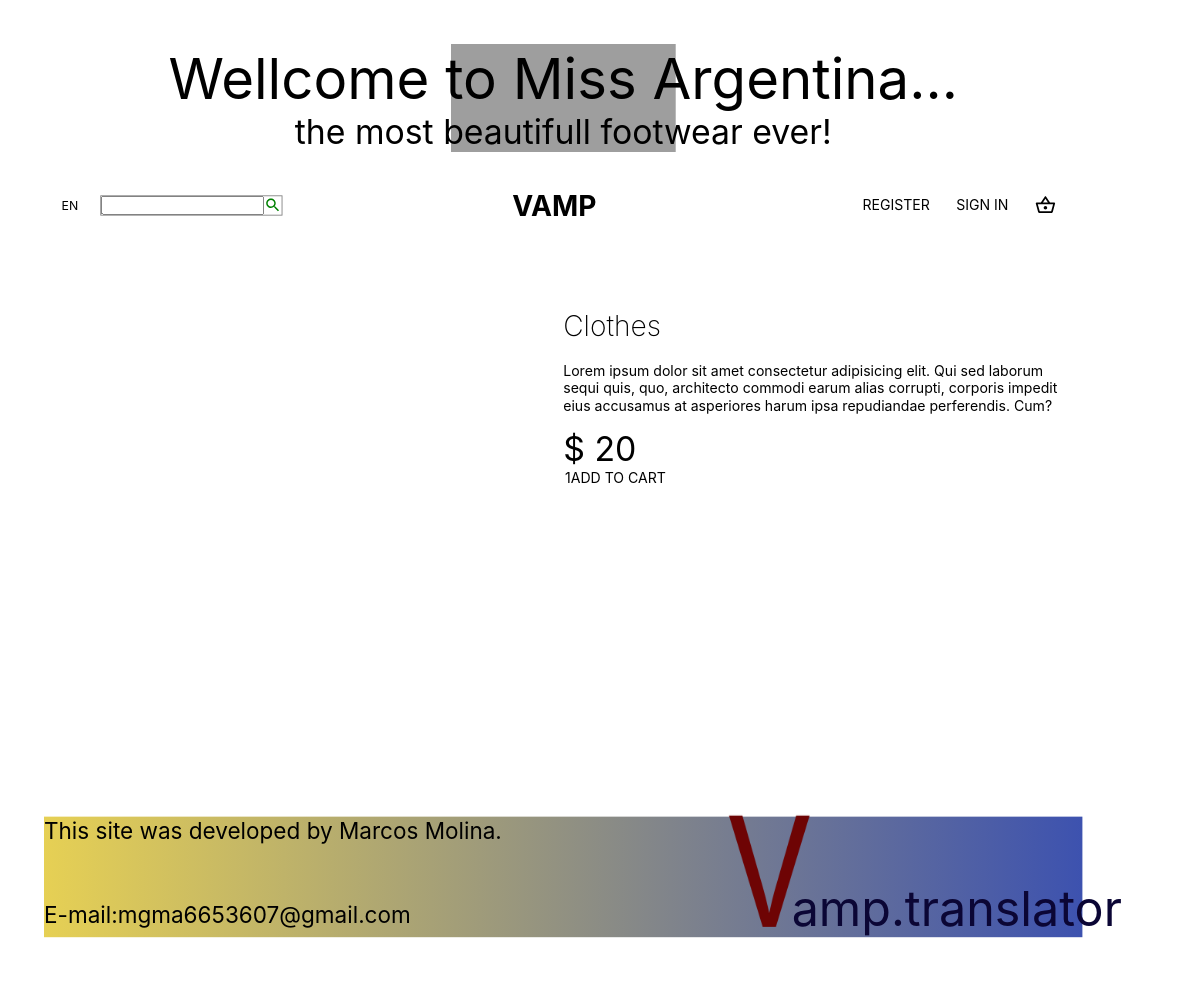
Repository: mgma2005/ecoeli
Page: /
The author's editor kept a copy of each file at every save. The page is drawn from the files as they stood at one save, then again after the next save.
The browser window is 1280 px wide. The page is 1280 px wide, then 1360 px, then 1280 px, so the pictures cover 1360 px, including what lies to the right of the window. The pictures show the whole page, at 88% of full size.
Pictures or frames that could not be fetched are drawn as grey boxes. The project was rebuilt for these pictures with package versions that can differ from the ones it lists, and the page was loaded fresh each time. Also part of the build but not shown: src/App.css.

Above is the page before, as saved 2022-05-14 17:25:21.

### src/App.js

import './App.css';
//import Home from './pages/Home';
import React from 'react';
//import ProductList from './pages/ProductList';
import Product from './pages/Product';


function App() {
  return <Product />
}

export default App;

### src/pages/Product.jsx
import { Add } from "@material-ui/icons";
import { Remove } from "@material-ui/icons";
import styled from "styled-components";
//import Product from '../pages/Product';
import Announcement from "../Components/Announcement";
import Navbar from '../pages/Navbar';
import Footer from '../Components/Footer';




const Container = styled.div`
  padding: 50px;

`;

const Wrapper = styled.div`
  display: flex;
`;

const ImgContainer = styled.div`
  flex: 1;
`;

const Image = styled.div`
  width: 100%;
  height: 90vh;
  object-fit: cover;
`;

const InfoContainer = styled.div`
  flex: 1;
  padding: 0px 50 px;
`;

const Title = styled.h1`
  font-weight: 200;
  margin-top: 20%;
`;

const Desc = styled.p``;

const Price = styled.span`
  font-size: 3vw;
`;

const AddContainer = styled.option`
  display: flex;
  align-items: center;
  width: 50%;
  justify-content: space-between;
`;
const AmountContainer = styled.div`
  display: flex;
  align-items: center;
  font-weight: 700;
`;
const Amount = styled.span``;

const Button = styled.button``;





const Product = ({ item }) => {
  return (
    <Container>
        <Announcement/>
        <Navbar/>
        <Wrapper>
        <ImgContainer>
        <Image src="https://www.tactimex.com/wp-content/uploads/2018/11/Googles1.jpg"/>
        </ImgContainer>
        <InfoContainer>
          <Title>Clothes</Title>
          <Desc>Lorem ipsum dolor sit amet consectetur adipisicing elit. Qui sed laborum sequi quis, quo, architecto commodi earum alias corrupti, corporis impedit eius accusamus at asperiores harum ipsa repudiandae perferendis. Cum? </Desc>
          <Price>$ 20</Price>
          <AddContainer>

            <AmountContainer>
              <Remove/>
              <Amount>1</Amount>
              <Add/>
            </AmountContainer>
            <Button>ADD TO CART</Button>
          </AddContainer>
        </InfoContainer>
      </Wrapper>
      <Footer />
    </Container>
  );
};

export default Product;

### src/Components/Announcement.jsx
import styled from "styled-components";
import React from "react";

const Text = styled.div`
  font-size: 5vw;
  text-align: center;
  background-image: url("https://img.freepik.com/foto-gratis/bandera-argentina-sobre-fondo-blanco_532129-292.jpg?w=900");
  background-size: 20vw;
  background-repeat: no-repeat;
  background-position: center;



`

const P = styled.div`
  font-size: 3vw;
`


const Announcement = () => {
  return (
    <Text>
          Wellcome to Miss Argentina...
        <P>
          the most beautifull footwear ever!
        </P>
    </Text>
  )
}

export default Announcement

### src/pages/Navbar.jsx
import React from 'react';
import styled from 'styled-components';
import { Search, ShoppingBasketOutlined } from "@material-ui/icons";
import { Badge } from '@material-ui/core';



const Container = styled.div`
height: 60px;

`

const Wrapper = styled.div`
padding: 10px 20px;
display: flex;
align-items: center;
justify-content: space-between;

`

const Left = styled.div`
flex: 1;
display: flex;
align-items: center;
`

const Language = styled.span`
    font-size: 14px;
    cursor: pointer;
`

const SearchContainer = styled.div`
    border: 1px solid gray;
    display: flex;
    align-items: center;
    margin-left: 25px;
`

const Input = styled.input`
    border= none;
`
const Logo = styled.h1`
    font-weight: bold;
`


const Center = styled.div`
flex: 1;
text-align: center;
`
const Right = styled.div`
flex: 1;
display: flex;
align-items: center;
justify-content: flex-end;
`

const MenuItem = styled.div`
    font-size= 14px;
    cursor: pointer;
`

function Navbar() {
    return (
        <Container>
            <Wrapper>
            <Left>
               <Language>EN</Language>
               <SearchContainer>
                   <Input/>
                   <Search style={{color:"green", fontSize: 20}}/>
               </SearchContainer>
            </Left>
            <Center><Logo>VAMP</Logo></Center>
            <Right style={{padding: 5, margin: 5}}>
                <MenuItem>REGISTER</MenuItem>
                <MenuItem style={{padding: 30}}>SIGN IN</MenuItem>
                <MenuItem>
                <Badge badgecontent={4} color="primary">
                    <ShoppingBasketOutlined/>
                </Badge>
                </MenuItem>

            </Right>
            </Wrapper>
        </Container>
    );
}

export default Navbar;

### src/Components/Footer.jsx
import React from 'react';
import '../style.css';

  function Footer() {
	return (
		<div className="row">
			<div className="cont2">
				<div className="thissite">This site was developed by Marcos Molina.</div>
				<div className="email">E-mail:mgma6653607@gmail.com</div>
				<div className="col-6">
					<div className="V">V</div>
					<div className="ampi">amp.translator</div>
				</div>
			</div>
		</div>
	);
}

export default Footer;

### src/style.css
.cont2{
    margin-top: 10%;
    margin-bottom: auto;
    width: 100%;
    height: auto;
    background: linear-gradient(to right, rgb(230, 208, 84),rgb(61, 82, 175));

}

.thissite{
    font-size: 2vw;
    width: 70vw;

    margin-top: -6%;

}

.email{
    font-size: 2vw;
    align-content: center;
    margin-top: 5.5%;

}

.V{

        color: rgb(110, 4, 4);
        font-family: Courier;
        font-size: 15vw;
        margin-left: 64%;
        margin-top: -13.7%;



        animation-name: vamp;
        animation-timing-function: linear;
        animation-duration: 4s;
        -webkit-transform-origin-x: 5vw;
        animation-iteration-count: infinite;
    }
    @keyframes vamp{
        from{transform: rotateY(0deg);}
        to{transform: rotateY(360deg);}
    }


.ampi{
    font-size: 4.3vw;
    margin-left: 72%;
    margin-top: -9.5%;
    color: rgb(11, 6, 53);



}

Loaded but not shown: public/index.html (common file); src/index.js (common file); src/index.css (common file); src/reportWebVitals.js (common file)

After the next save:
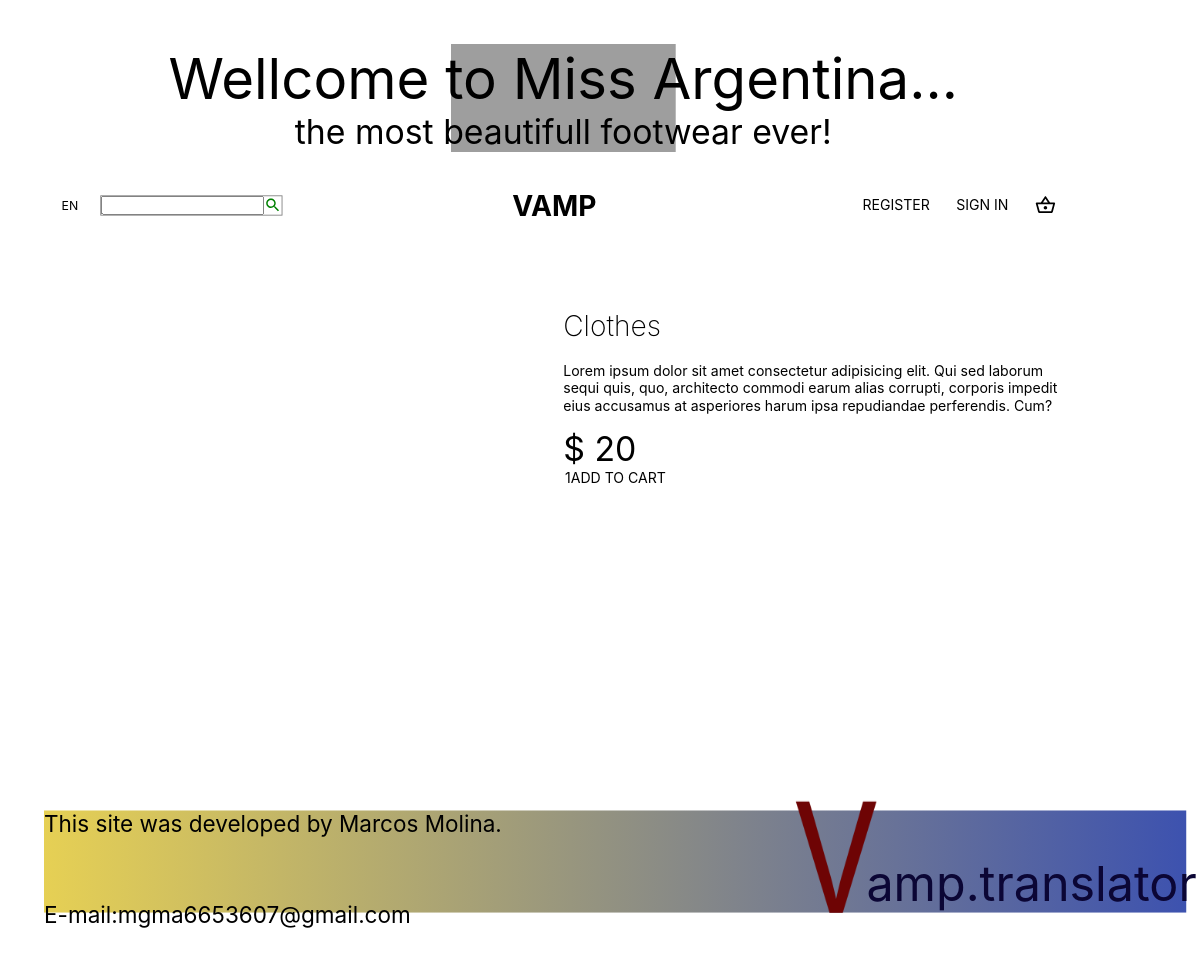
Saved 9 s later.
--- a/src/style.css
+++ b/src/style.css
@@ -1,7 +1,7 @@
 .cont2{
     margin-top: 10%;
     margin-bottom: auto;
-    width: 100%;
+    width: 110%;
     height: auto;
     background: linear-gradient(to right, rgb(230, 208, 84),rgb(61, 82, 175));
 

After the save that followed:
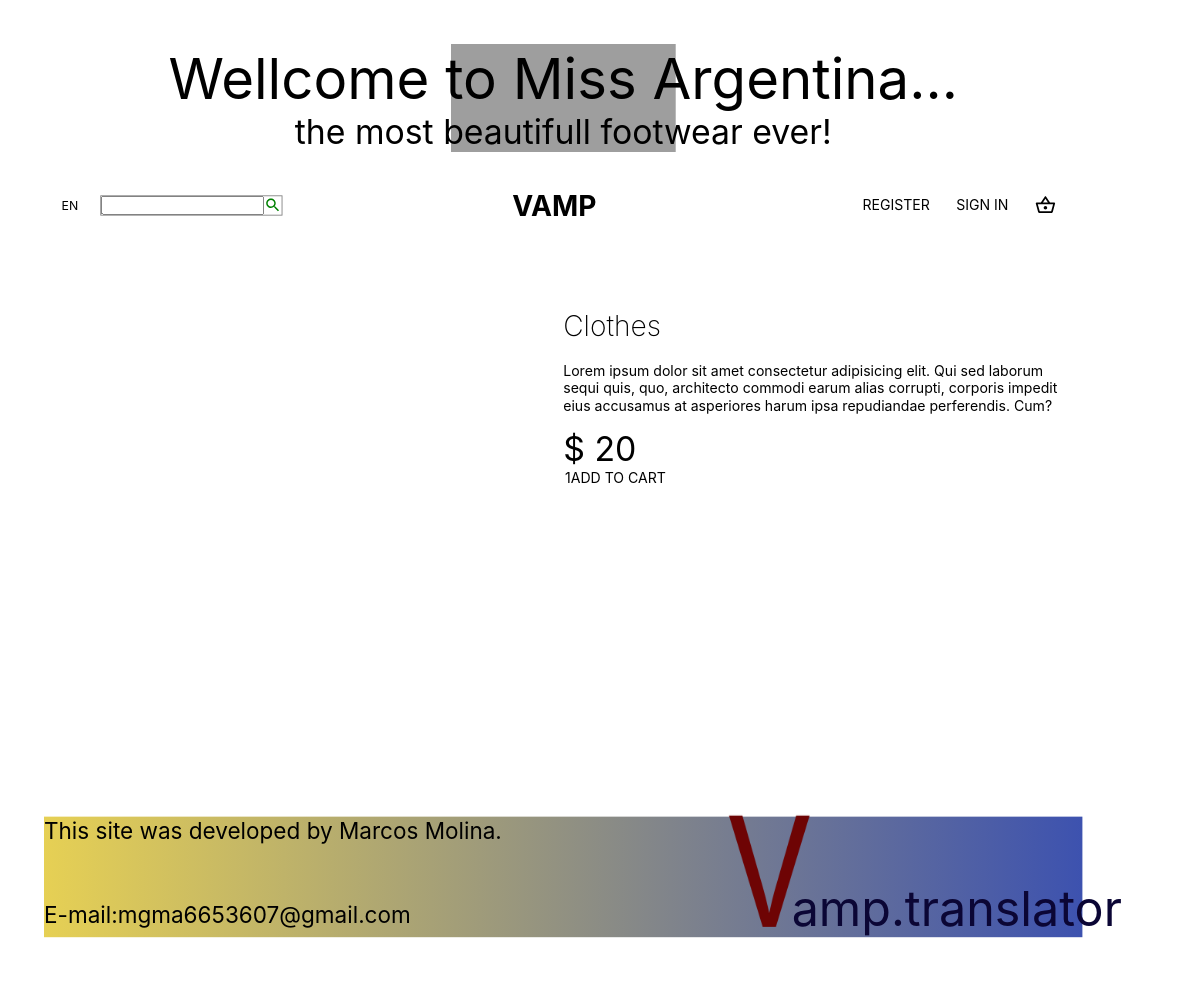
Saved 113 s later.
--- a/src/style.css
+++ b/src/style.css
@@ -1,7 +1,7 @@
 .cont2{
     margin-top: 10%;
     margin-bottom: auto;
-    width: 110%;
+    width: 100%;
     height: auto;
     background: linear-gradient(to right, rgb(230, 208, 84),rgb(61, 82, 175));
 
